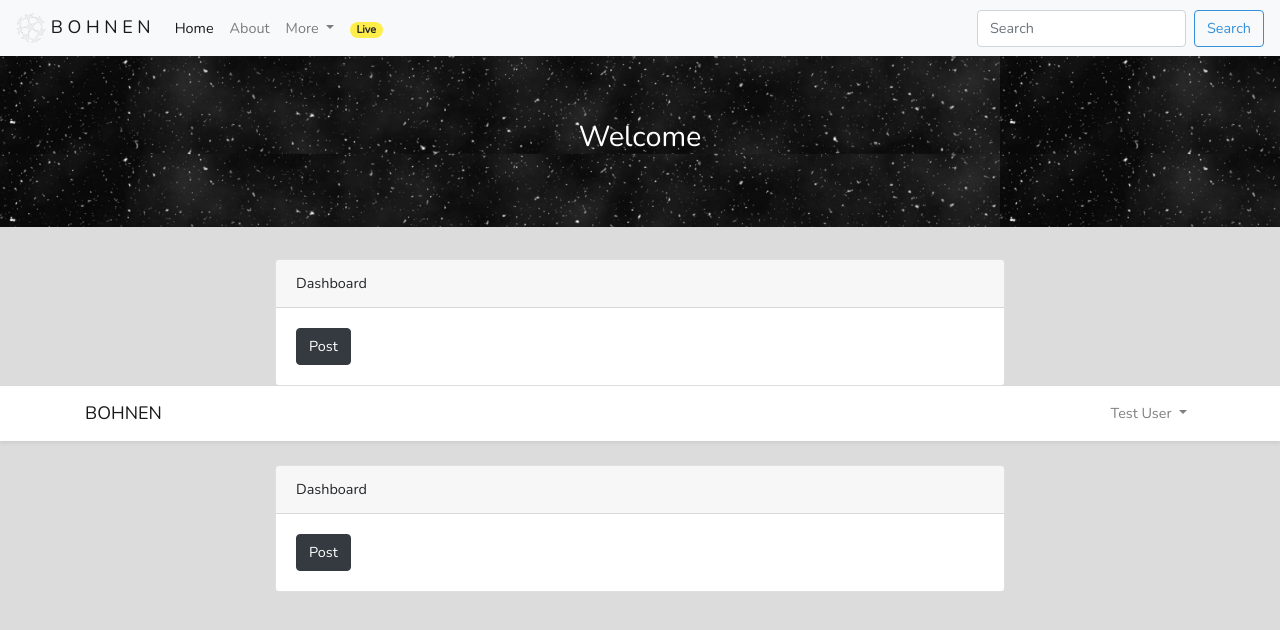
Repository: davidbohnen/BOHNEN
Page: http://localhost/home
An editor plug-in stored every save of this project. The page is shown before and after the next save, followed by the edit.
The browser window is 1280 px wide. The pictures show the whole page.
Some web libraries are served in a nearby version. The page is served by the project's Laravel application, run on PHP 8.4 with Laravel 8. A made-up administrator, Test User (test@example.com), is signed in.

Above is the page before, as saved 2020-05-05 20:55:00.

After the next save:
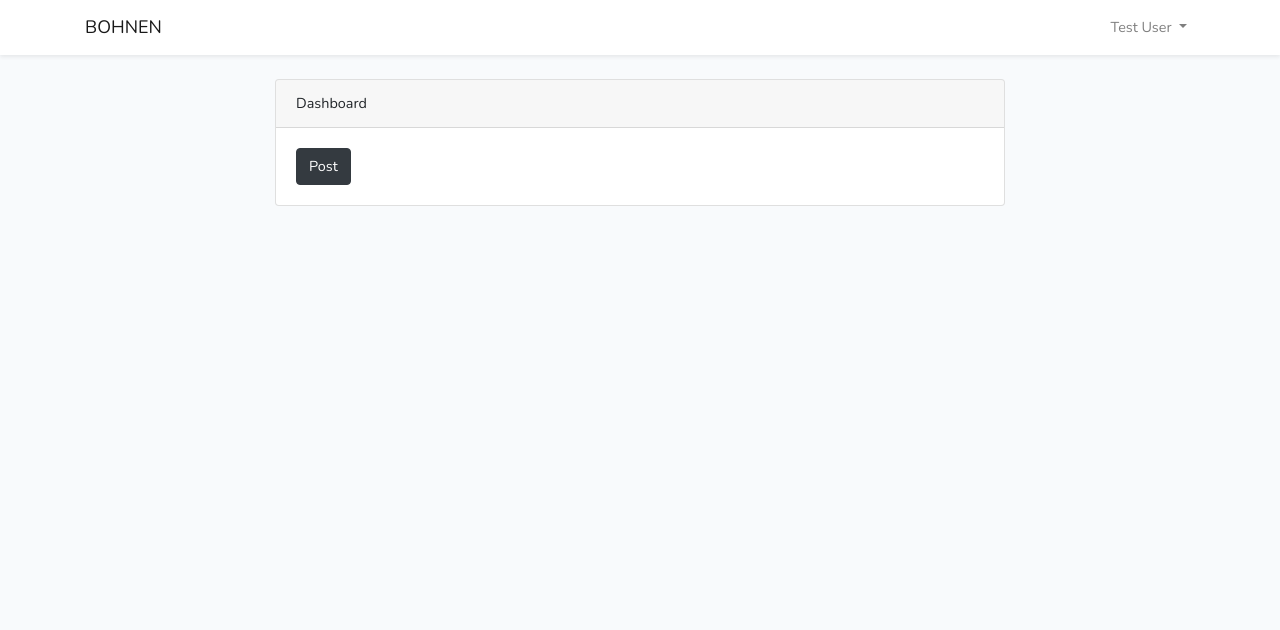
Saved 57 s later.
--- a/resources/views/home.blade.php
+++ b/resources/views/home.blade.php
@@ -1,6 +1,5 @@
-<!-- @extends('layouts.app') -->
-<!-- @extends('topbar') -->
-<!-- @section('jumbotext', 'Welcome') -->
+@extends('layouts.app')
+
 @section('content')
 <div class="container">
     <div class="row justify-content-center">
